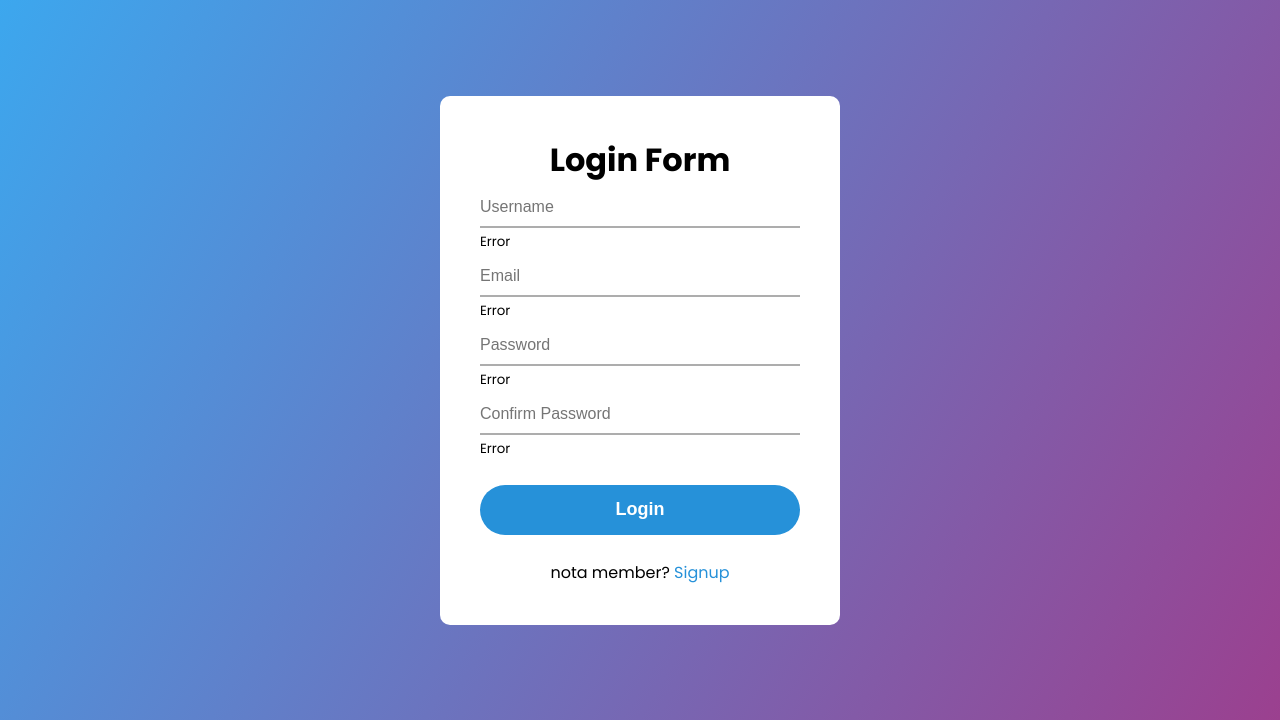
Repository: congnt98/Lean-javascript-in-project
Page: 30Days/10_weatherApp/index.html
An editor plug-in stored every save of this project. The page is shown before and after a run of saves, followed by the edit.
The browser window is 1280 px wide. The pictures show the whole page.

Above is the page before, as saved 2024-02-29 14:11:11.

After the next 2 saves:
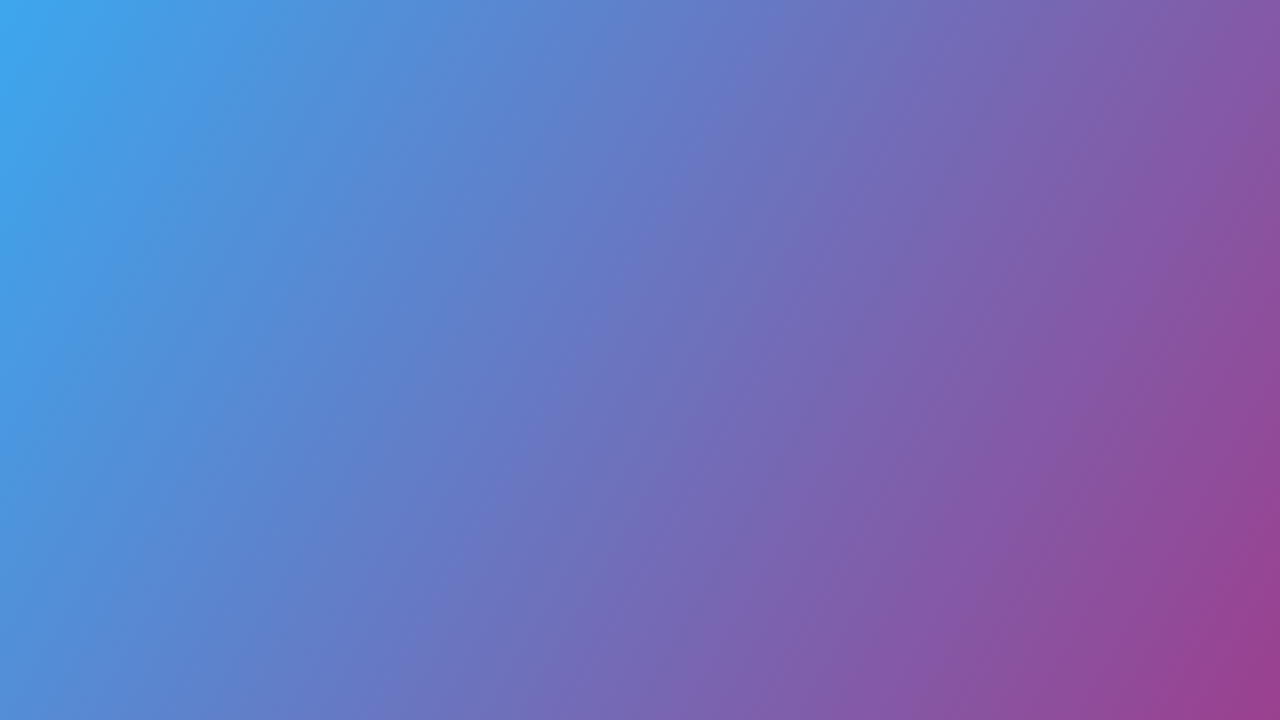
Console error: TypeError: Cannot read properties of null (reading 'addEventListener')
The 2 saves are shown as one change because they came seconds apart.
The last was saved 4 min 4 s later.
--- a/30Days/10_weatherApp/index.html
+++ b/30Days/10_weatherApp/index.html
@@ -14,35 +14,8 @@
 </head>
 
 <body>
-    <div class="wrapper">
-        <form action="">
-            <h1>Login Form</h1>
-            <div class="form-control ">
-                <input type="text" placeholder="Username" id="username">
-                <small>Error</small>
-                <span></span>
-            </div>
-            <div class="form-control ">
-                <input type="email" placeholder="Email" id="email">
-                <small>Error</small>
-                <span></span>
-            </div>
-            <div class="form-control ">
-                <input type="password" placeholder="Password" id="password">
-                <small>Error</small>
-                <span></span>
-            </div>
-            <div class="form-control">
-                <input type="password" placeholder="Confirm Password" id="confirm-password">
-                <small>Error</small>
-                <span></span>
-            </div>
-            <button type="submit" class='btn-submit'>Login </button>
-            <div class="signup-link">
-                nota member? <a href="#">Signup</a>
-            </div>
-        </form>
-    </div>
+
+
     <script src="./app.js"></script>
 </body>
 
